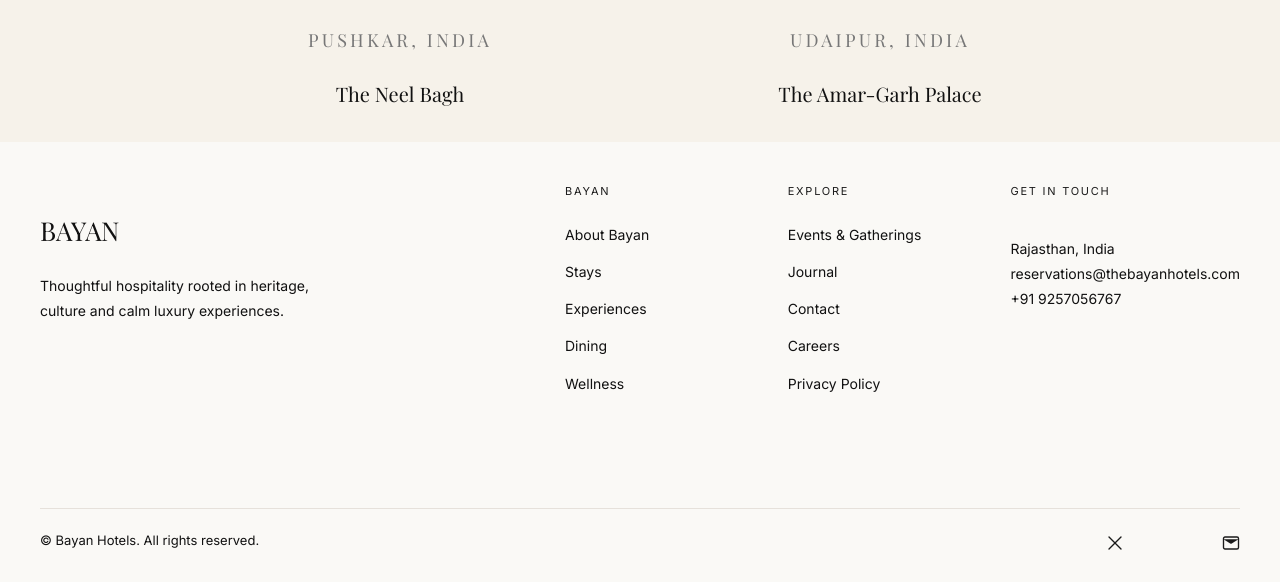
Repository: Arpitpawa/bayan-website
Page: properties/jaibagh-palace.html
An editor plug-in stored every save of this project. The page is shown before and after a run of saves, followed by the edit.
The browser window is 1280 px wide. The pictures show the part of the page from y = 4974 to 5556 px (the page is 5556 px tall).
A picture or video elsewhere on the page could not be fetched, so the positions and the page height are approximate.

Above is the page before, as saved 2026-02-28 11:58:08.
Console error: TypeError: Cannot set properties of null (setting 'onclick')

### properties/jaibagh-palace.html
<!DOCTYPE html>
<html lang="en">
<head>
  <meta charset="UTF-8">
  <title>The Jaibagh Palace, Jaipur | Bayan Group</title>
  <meta name="viewport" content="width=device-width, initial-scale=1.0">

  <!-- Fonts -->
  <link href="https://fonts.googleapis.com/css2?family=Playfair+Display:wght@400;500&family=Inter:wght@300;400&display=swap" rel="stylesheet">
<!-- Favicon -->
<link rel="apple-touch-icon" sizes="180x180" href="../assets/favicon/apple-touch-icon.png">
<link rel="icon" type="image/png" sizes="32x32" href="../assets/favicon/favicon-32x32.png">
<link rel="icon" type="image/png" sizes="16x16" href="../assets/favicon/favicon-16x16.png">
<link rel="shortcut icon" href="../assets/favicon/favicon.ico">
<link rel="manifest" href="../assets/favicon/site.webmanifest">

  <!-- CSS -->
  <link rel="stylesheet" href="../assets/css/hotel-detail.css">
     <link rel="stylesheet" href="../assets/css/style.css" />
   <link rel="stylesheet" href="../assets/css/header.css" />
    <link rel="stylesheet" href="../assets/css/footer.css" />
    <link rel="stylesheet" href="../assets/css/brand-skin.css" />

  <!-- Leaflet -->
<link
  rel="stylesheet"
  href="https://unpkg.com/leaflet@1.9.4/dist/leaflet.css"
/>
<script
  src="https://unpkg.com/leaflet@1.9.4/dist/leaflet.js"
  defer
></script>
<script src="https://unpkg.com/lucide@latest"></script>
</head>

<body class="hotel-page">
<!-- ================= HEADER ================= -->
    <header class="site-header">
      <div class="nav-bar">
        <!-- LEFT -->
        <div class="nav-left">
          <button class="menu-toggle" id="menuToggle">
            <svg viewBox="0 0 24 10">
              <line x1="0" y1="1" x2="24" y2="1"></line>
              <line x1="0" y1="9" x2="24" y2="9"></line>
            </svg>
            <span>Menu</span>
          </button>


        </div>

        <!-- CENTER -->
        <a href="../index.html" class="logo">
  <span class="logo-main">BAYAN</span>
  <span class="logo-sub">GROUP OF HOTELS & RESORTS</span>
</a>

        <!-- RIGHT -->
        <a
  href="https://www.swiftbook.io/inst/#group?groupId=341NlfplxPrIg9W3WZzfdTQ5Njg=&JDRN=Y"
  class="nav-cta"
  target="_blank"
  rel="noopener noreferrer"
>
  <span class="cta-desktop">BOOK NOW</span>
  <span class="cta-mobile">RESERVE</span>
</a>


      </div>
    </header>

<!-- ================= MENU OVERLAY ================= -->
<div class="menu-overlay" id="menuOverlay">
  <button class="menu-close-btn" id="menuCloseBtn" aria-label="Close menu">
    <span></span>
    <span></span>
  </button>

  <div class="menu-container">
    <nav class="menu-nav">
  <a href="../index.html">Home</a>
  <a href="../hotels.html">Stays</a>
  <a href="../experiences.html">Experiences</a>
  <a href="../offers.html">Offers</a>
  <a href="../wellness.html">Wellness</a>
  <a href="../dining.html">Dining</a>
  <a href="../about.html">About Bayan</a>
</nav>


    <div class="menu-destinations">
      <span class="menu-eyebrow">Discover Bayan In</span>
      <a href="#">Jaipur</a>
      <a href="#">Udaipur</a>
      <a href="#">Kumbhalgarh</a>
      <a href="#">Sawai Madhopur</a>
      <span class="coming">Pushkar — Coming Soon</span>
      <span class="coming">Jodhpur — Coming Soon</span>
    </div>
  </div>
</div>

<div class="nav-spacer"></div>

  <!-- PROPERTY SUB NAV -->
<section class="property-subnav">
  <div class="property-subnav-inner">

    <!-- Left: Property Name -->
    <div class="property-breadcrumb">
      THE JAIBAGH PALACE
    </div>

    <!-- Right: Section Links -->
    <nav class="property-links">
      <a href="#overview">Overview</a>
      <a href="#rooms">Accommodation</a>
      <a href="#experiences">Experiences</a>
      <a href="#dining">Dining</a>
      <a href="#wellness">Wellness</a>
      <a href="#getting-here">Getting Here</a>
    </nav>

  </div>
</section>

  <!-- HERO -->
  <section class="hotel-hero">
    <img src="../assets/images/jaibagh/jaibagh-jaipur.webp" alt="The Jaibagh Palace Jaipur">
     <!-- ================= LUXURY BOOKING BAR ================= -->

  </section>

 <section class="hotel-intro-discover">

  <!-- INTRO -->
  <div class="hotel-intro-block">
    <span class="hotel-location">Jaipur, Rajasthan</span>
    <h1>The Jaibagh Palace</h1>

    <p class="hotel-intro-text">
      A heritage palace retreat inspired by Rajputana architecture, set amidst the quiet hills on the outskirts of Jaipur.
      Designed to evoke the grandeur of a bygone era, The Jaibagh Palace offers serene courtyards, refined interiors and an atmosphere of calm sophistication deeply rooted in place and tradition.
    </p>
  </div>

  <!-- DISCOVER HEADER -->
  <div class="discover-header">
    <span class="discover-eyebrow">MAJESTIC EXPERIENCES</span>

    <h2>
      Discover timeless heritage, where every moment
      creates unforgettable memories
    </h2>

    <p>
      From regal dining halls to serene courtyards and immersive
      cultural experiences, every corner tells a story.
    </p>
  </div>

  <!-- SLIDER -->
  <div class="discover-slider">

    <button class="discover-nav prev">&#10094;</button>

    <div class="discover-viewport">
      <div class="discover-track" id="discoverTrack">

        <div class="discover-slide"><img src="../assets/images/jaibagh/g1.webp"><span>Royal Arrival</span></div>
        <div class="discover-slide"><img src="../assets/images/jaibagh/g2.webp"><span>Courtyard Architecture</span></div>
        <div class="discover-slide"><img src="../assets/images/jaibagh/g3.webp"><span>Golden Evenings</span></div>
        <div class="discover-slide"><img src="../assets/images/jaibagh/g4.webp"><span>Historic Detailing</span></div>
        <div class="discover-slide"><img src="../assets/images/jaibagh/g5.webp"><span>Authentic Dining</span></div>
        <div class="discover-slide"><img src="../assets/images/jaibagh/g6.webp"><span>Luxury Suite</span></div>
        <div class="discover-slide"><img src="../assets/images/jaibagh/g7.webp"><span>Royal Experiences</span></div>
        <div class="discover-slide"><img src="../assets/images/jaibagh/g8.webp"><span>Serene Interiors</span></div>
        <div class="discover-slide"><img src="../assets/images/jaibagh/g9.webp"><span>Pool & Leisure</span></div>
        <div class="discover-slide"><img src="../assets/images/jaibagh/g10.webp"><span>Sunset Moments</span></div>
        <div class="discover-slide"><img src="../assets/images/jaibagh/g11.webp"><span>Detail & Craft</span></div>
        <div class="discover-slide"><img src="../assets/images/jaibagh/g12.webp"><span>Timeless Heritage</span></div>

      </div>
    </div>

    <button class="discover-nav next">&#10095;</button>

  </div>

  <!-- PROGRESS LINE -->
  <div class="discover-progress">
    <div class="discover-progress-bar" id="discoverProgress"></div>
  </div>

</section>
  <!-- =========================================
     ROOM CATEGORIES SLIDER – JAIBAGH
========================================= -->
<section id="accommodation" class="rooms-section">

  <div class="rooms-header">
    <span class="section-eyebrow">Rooms & Suites</span>
    <h2>Spaces shaped by quiet elegance</h2>
  </div>

  <!-- Arrows in white space -->
  <button class="room-nav prev" id="roomPrev">‹</button>
  <button class="room-nav next" id="roomNext">›</button>

  <div class="rooms-slider">
    <div class="rooms-track" id="roomsTrack">

      <!-- CLASSIC ROOM -->
      <div class="room-slide">
        <div class="room-image">
          <img src="../assets/images/jaibagh/1.png" alt="Classic Room">
        </div>
        <div class="room-content">
          <h3>Classic Room</h3>
          <p>
            Thoughtfully designed spaces offering comfort and understated elegance,
            inspired by traditional Rajputana architecture.
          </p>
          <ul class="room-meta">
            <li>Garden or Courtyard View</li>
            <li>2 Adults</li>
          </ul>
          <a
  href="https://www.swiftbook.io/inst/#group?groupId=341NlfplxPrIg9W3WZzfdTQ5Njg=&JDRN=Y"
  target="_blank"
  class="room-btn">
  View Details
</a>
        </div>
      </div>

      <!-- HERITAGE ROOM -->
      <div class="room-slide">
        <div class="room-image">
          <img src="../assets/images/jaibagh/7.png" alt="Heritage Room">
        </div>
        <div class="room-content">
          <h3>Heritage Room</h3>
          <p>
            A refined blend of heritage detailing and contemporary comfort,
            overlooking landscaped courtyards.
          </p>
          <ul class="room-meta">
            <li>Courtyard View</li>
            <li>2 Adults</li>
          </ul>
         <a
  href="https://www.swiftbook.io/inst/#group?groupId=341NlfplxPrIg9W3WZzfdTQ5Njg=&JDRN=Y"
  target="_blank"
  class="room-btn">
  View Details
</a>
        </div>
      </div>

      <!-- MAHARANI SUITE -->
      <div class="room-slide">
        <div class="room-image">
          <img src="../assets/images/jaibagh/6.png" alt="Maharani Suite">
        </div>
        <div class="room-content">
          <h3>Maharani Suite</h3>
          <p>
            Spacious suites reflecting royal grandeur with handcrafted interiors
            and serene garden views.
          </p>
          <ul class="room-meta">
            <li>Suite Category</li>
            <li>2–3 Adults</li>
          </ul>

  <a
  href="https://www.swiftbook.io/inst/#group?groupId=341NlfplxPrIg9W3WZzfdTQ5Njg=&JDRN=Y"
  target="_blank"
  class="room-btn">
  View Details
</a>

        </div>
      </div>

      <!-- MAHARAJA SUITE -->
      <div class="room-slide">
        <div class="room-image">
          <img src="../assets/images/jaibagh/5.png" alt="Maharaja Suite">
        </div>
        <div class="room-content">
          <h3>Maharaja Suite</h3>
          <p>
            The most exclusive accommodation offering expansive living areas,
            regal detailing and complete privacy.
          </p>
          <ul class="room-meta">
            <li>Premium Suite</li>
            <li>2–4 Adults</li>
          </ul>

  <a
  href="https://www.swiftbook.io/inst/#group?groupId=341NlfplxPrIg9W3WZzfdTQ5Njg=&JDRN=Y"
  target="_blank"
  class="room-btn">
  View Details
</a>

        </div>
      </div>

    </div>
  </div>
<div class="rooms-progress">
  <div class="rooms-progress-bar" id="roomsProgressBar"></div>
</div>
</section>

  <!-- EDITORIAL GRID -->
  <section id="experiences" class="hotel-editorial">

    <div class="editorial-item">
      <img src="../assets/images/jaibagh/dining.webp" alt="">
      <h3 id="dining">Moments in Dining</h3>
      <p>
        A refined culinary experience inspired by Rajasthani heritage,
        seasonal ingredients, and understated presentation.
      </p>
    </div>

    <div class="editorial-item">
      <img src="../assets/images/jaibagh/g2.webp" alt="">
      <h3>A Gateway to Jaipur</h3>
      <p>
        Explore the cultural heart of Jaipur through curated journeys,
        historic landmarks, and intimate local encounters.
      </p>
    </div>

    <div class="editorial-item" id="wellness">
      <img src="../assets/images/jaibagh/wellness.webp" alt="">
      <h3>Wellbeing & Stillness</h3>
      <p>
        Spaces dedicated to rest and renewal, blending traditional
        wellness practices with modern comfort.
      </p>
    </div>

  </section>
  <!-- CELEBRATIONS & EVENTS -->
<!-- ================= CELEBRATIONS & EVENT SPACES ================= -->
<section class="venue-section">

  <h2 class="venue-heading">Our Elegant Event Spaces</h2>

  <div class="venue-list">

    <!-- FRONT LAWN -->
    <div class="venue-item">

      <div class="venue-row">
        <span class="venue-name">Front Lawn</span>
        <span class="venue-capacity">Up to 1000 Guests</span>
        <button class="venue-toggle">Discover More</button>
      </div>

      <div class="venue-expand">
        <div class="venue-expand-inner">

          <div class="venue-image">
            <img src="../assets/images/jaibagh/frontlawn.JPG" alt="Front Lawn">
          </div>

          <div class="venue-content">
            <h3>Front Lawn</h3>
            <p>
              A sprawling 20,000 sq.ft landscaped lawn ideal for grand weddings,
              receptions and large-scale celebrations in regal surroundings.
            </p>
            <a href="https://www.swiftbook.io/inst/#group?groupId=341NlfplxPrIg9W3WZzfdTQ5Njg=&JDRN=Y"
               class="venue-btn" target="_blank">Make an Enquiry</a>
          </div>

        </div>
      </div>

    </div>

    <!-- CENTRAL COURTYARD -->
    <div class="venue-item">

      <div class="venue-row">
        <span class="venue-name">Central Courtyard</span>
        <span class="venue-capacity">100 – 150 Guests</span>
        <button class="venue-toggle">Discover More</button>
      </div>

      <div class="venue-expand">
        <div class="venue-expand-inner">

          <div class="venue-image">
            <img src="../assets/images/jaibagh/centralcourtyard.png" alt="Central Courtyard">
          </div>

          <div class="venue-content">
            <h3>Central Courtyard</h3>
            <p>
              An intimate 2,500 sq.ft courtyard space perfect for curated
              celebrations, private gatherings and elegant evening events.
            </p>
            <a href="https://www.swiftbook.io/inst/#group?groupId=341NlfplxPrIg9W3WZzfdTQ5Njg=&JDRN=Y"
               class="venue-btn" target="_blank">Make an Enquiry</a>
          </div>

        </div>
      </div>

    </div>

    <!-- CONFERENCE ROOM -->
    <div class="venue-item">

      <div class="venue-row">
        <span class="venue-name">Conference Room</span>
        <span class="venue-capacity">Up to 250 Guests</span>
        <button class="venue-toggle">Discover More</button>
      </div>

      <div class="venue-expand">
        <div class="venue-expand-inner">

          <div class="venue-image">
            <img src="../assets/images/jaibagh/g12.webp" alt="Conference Room">
          </div>

          <div class="venue-content">
            <h3>Conference Room</h3>
            <p>
              A 5,000 sq.ft indoor venue suited for corporate meetings,
              conferences and formal gatherings with flexible seating layouts.
            </p>
            <a href="https://www.swiftbook.io/inst/#group?groupId=341NlfplxPrIg9W3WZzfdTQ5Njg=&JDRN=Y"
               class="venue-btn" target="_blank">Make an Enquiry</a>
          </div>

        </div>
      </div>

    </div>

    <!-- BACK LAWN -->
    <div class="venue-item">

      <div class="venue-row">
        <span class="venue-name">Back Lawn</span>
        <span class="venue-capacity">Up to 1000 Guests</span>
        <button class="venue-toggle">Discover More</button>
      </div>

      <div class="venue-expand">
        <div class="venue-expand-inner">

          <div class="venue-image">
            <img src="../assets/images/jaibagh/DJI_0730.JPG" alt="Back Lawn">
          </div>

          <div class="venue-content">
            <h3>Back Lawn</h3>
            <p>
              A magnificent 25,000 sq.ft open lawn designed for destination
              weddings, large receptions and bespoke celebrations.
            </p>
            <a href="https://www.swiftbook.io/inst/#group?groupId=341NlfplxPrIg9W3WZzfdTQ5Njg=&JDRN=Y"
               class="venue-btn" target="_blank">Make an Enquiry</a>
          </div>

        </div>
      </div>

    </div>

  </div>

</section>
  <!-- GETTING HERE -->
  <section id="getting-here" class="hotel-location-info">
    <h2>Getting here</h2>
    <p>
      The Jaibagh Palace is located approximately 45 minutes from
      Jaipur International Airport, offering a tranquil retreat
      within easy reach of the city.
    </p>

   <div class="aman-map-wrapper">
  <div id="amanMap"
     data-lat="26.9855"
     data-lng="75.8546"
     data-label="The Jaibagh Palace">
</div>

  <div class="aman-map-info">
    <div>
      <strong>Address</strong><br>
      Jaibagh Palace, Jaipur<br>
      Rajasthan, India
    </div>

    <div>
      <strong>Airports</strong><br>
      Jaipur International Airport (45 mins)
    </div>

    <div>
      <strong>By car</strong><br>
      45 minutes from Jaipur city
    </div>
    <a
      href="https://www.google.com/maps?q=Jaibagh+Palace+Jaipur"
      target="_blank"
      class="aman-directions"
    >
      Get directions
    </a>
  </div>
</div>
  </section>

  <!-- NEARBY RESORTS -->
<!-- NEARBY RESORTS -->
<section class="aman-nearby-resorts">

  <h2 class="aman-nearby-title">Book Your Next Stay </h2>

  <div class="nearby-viewport">
    <div class="nearby-track">

      <a class="nearby-item" href="">
        <img src="../assets/images/neelbagh.png" alt="">
        <span class="resort-location">PUSHKAR, INDIA</span>
        <h3 class="resort-name">The Neel Bagh </h3>
      </a>

      <a class="nearby-item" href="the-amargarh-palace.html">
        <img src="../assets/images/amargarh-udaipur.webp" alt="">
        <span class="resort-location">Udaipur, INDIA</span>
        <h3 class="resort-name">The Amar-Garh Palace</h3>
      </a>

    </div>
  </div>

</section>
<footer class="bayan-footer">

  <div class="footer-inner">

    <!-- BRAND -->
    <div class="footer-brand">
      <h3>BAYAN</h3>
      <p>
        Thoughtful hospitality rooted in heritage,
        culture and calm luxury experiences.
      </p>
    </div>

    <!-- FOOTER LINKS -->
    <div class="footer-links">

      <div class="footer-col">
        <span class="footer-title">Bayan</span>
        <a href="../about.html">About Bayan</a>
        <a href="../hotels.html">Stays</a>
        <a href="../experiences.html">Experiences</a>
        <a href="../dining.html">Dining</a>
        <a href="../wellness.html">Wellness</a>
      </div>

      <div class="footer-col">
        <span class="footer-title">Explore</span>
        <a href="../events-meetings.html">Events & Gatherings</a>
        <a href="../journal.html">Journal</a>
        <a href="../contact.html">Contact</a>
        <a href="#">Careers</a>
        <a href="#">Privacy Policy</a>
      </div>

      <div class="footer-col">
        <span class="footer-title">Get in Touch</span>
        <p>
          Rajasthan, India<br>
          reservations@thebayanhotels.com<br>
          +91 9257056767
        </p>
      </div>

    </div>

  </div>

  <!-- FOOTER BOTTOM -->
  <div class="footer-bottom">
    <span>© Bayan Hotels. All rights reserved.</span>

    <div class="footer-social">

  <!-- Instagram -->
  <a href="https://www.instagram.com/thejaibaghpalace_jaipur/" target="_blank" aria-label="Instagram">
    <i data-lucide="instagram"></i>
  </a>

  <!-- Facebook -->
  <a href="https://www.facebook.com/TheBayanGroupofHotelsandResorts/" target="_blank" aria-label="Facebook">
    <i data-lucide="facebook"></i>
  </a>

  <!-- Twitter / X -->
  <a href="https://x.com/BayanHotels" target="_blank" aria-label="X">
  <svg viewBox="0 0 24 24" width="22" height="22" stroke="#1a1a1a" fill="none" stroke-width="2" stroke-linecap="round">
    <line x1="4" y1="4" x2="20" y2="20"></line>
    <line x1="20" y1="4" x2="4" y2="20"></line>
  </svg>
</a>


  <!-- LinkedIn -->
  <a href="https://www.linkedin.com/company/thebayangroup/" target="_blank" aria-label="LinkedIn">
    <i data-lucide="linkedin"></i>
  </a>

  <!-- Email -->
  <a href="mailto:crs@thebayanhotels.com" aria-label="Email">
    <i data-lucide="mail"></i>
  </a>

</div>



</footer>
<a
  href="https://www.swiftbook.io/inst/#group?groupId=341NlfplxPrIg9W3WZzfdTQ5Njg=&JDRN=Y"
  class="floating-book"
  id="floatingBook"
  target="_blank"
  rel="noopener noreferrer"
>
  BOOK NOW
</a>

  <!-- SUB NAV SCROLL SCRIPT (DESKTOP ONLY) -->
   <script src="../assets/js/main.js"></script>
  <script src="../assets/js/subnav-scroll.js"></script>
<script src="../assets/js/innerpages-gallery.js"></script>
<script src="../assets/js/map.js"></script>
<script src="../assets/js/nearby-resorts.js"></script>
<script src="../assets/js/nearby-slider.js"></script>
<script src="../assets/js/roomscategories.js"></script>
<script>
  const menuOverlay = document.getElementById("menuOverlay");
  const menuToggle = document.getElementById("menuToggle");
  const menuClose = document.getElementById("menuCloseBtn");

  if (menuToggle && menuOverlay) {
    menuToggle.addEventListener("click", () => {
      menuOverlay.classList.add("active");
      document.body.classList.add("menu-open");
    });
  }

  if (menuClose) {
    menuClose.addEventListener("click", closeMenu);
  }

  document.addEventListener("keydown", (e) => {
    if (e.key === "Escape") closeMenu();
  });

  menuOverlay?.addEventListener("click", (e) => {
    if (e.target === menuOverlay) closeMenu();
  });

  function closeMenu() {
    menuOverlay.classList.remove("active");
    document.body.classList.remove("menu-open");
  }

  /* ACTIVE NAV LINK */
  document.querySelectorAll(".menu-nav a").forEach((link) => {
    if (window.location.href.includes(link.getAttribute("href"))) {
      link.classList.add("active");
    }
  });
</script>

</body>
</html>

### assets/css/brand-skin.css
/* ======================================
   BAYAN HOME PAGE SKIN
   Based on Property Page Palette
   SAFE OVERRIDE – BACKGROUNDS FIRST
====================================== */

/* ===== GLOBAL CANVAS ===== */
html,
body {
  background-color: #F6F2EA !important;
}

/* ===== ALL MAIN HOME SECTIONS ===== */
.intro-info,
.legacy-section,
.stays,
.our-stays,
.raas-stays,
.moments-wrapper,
.instagram-section {
  background-color: #F6F2EA !important;
}

/* ===== SOFT VARIATION (VERY SUBTLE) ===== */
.hotel-subnav,
.aman-gallery-wrap,
.aman-gallery-section {
  background-color: #F6F1E9 !important;
}

/* ===== PAPER-LIKE FLOATING AREAS ===== */
.center-card,
.map-box,
.editorial-card {
  background-color: #F4F1EB !important;
}

/* ===== CINEMATIC SECTIONS ===== */
.featured-slider,
.destination-parallax {
  background-color: #1C1C1C !important;
}

/* ===== OVERLAYS ===== */
.hero-overlay,
.destination-overlay {
  background: rgba(0,0,0,0.45) !important;
}
.booking-field {
  cursor: pointer;
}

.booking-field span {
  font-family: "Libre Baskerville", serif;
  font-size: 15px;
  letter-spacing: 0.2px;
  color: #2b2b2b;
}

/* subtle hover like Six Senses */
.booking-field:hover {
  background: rgba(0,0,0,0.03);
}

/* remove browser focus junk */
.booking-field:focus,
.booking-field *:focus {
  outline: none;
}

Loaded but not shown: assets/css/style.css (library); assets/js/main.js (551 lines, source omitted); assets/js/innerpages-gallery.js (287 lines, source omitted); assets/js/roomscategories.js (119 lines, source omitted); assets/js/nearby-slider.js (63 lines, source omitted); assets/js/map.js (66 lines, source omitted); assets/js/nearby-resorts.js (32 lines, source omitted); assets/js/subnav-scroll.js (28 lines, source omitted); assets/css/hotel-detail.css (2612 lines, source omitted); assets/css/header.css (955 lines, source omitted); assets/css/footer.css (243 lines, source omitted)

After the next 2 saves:
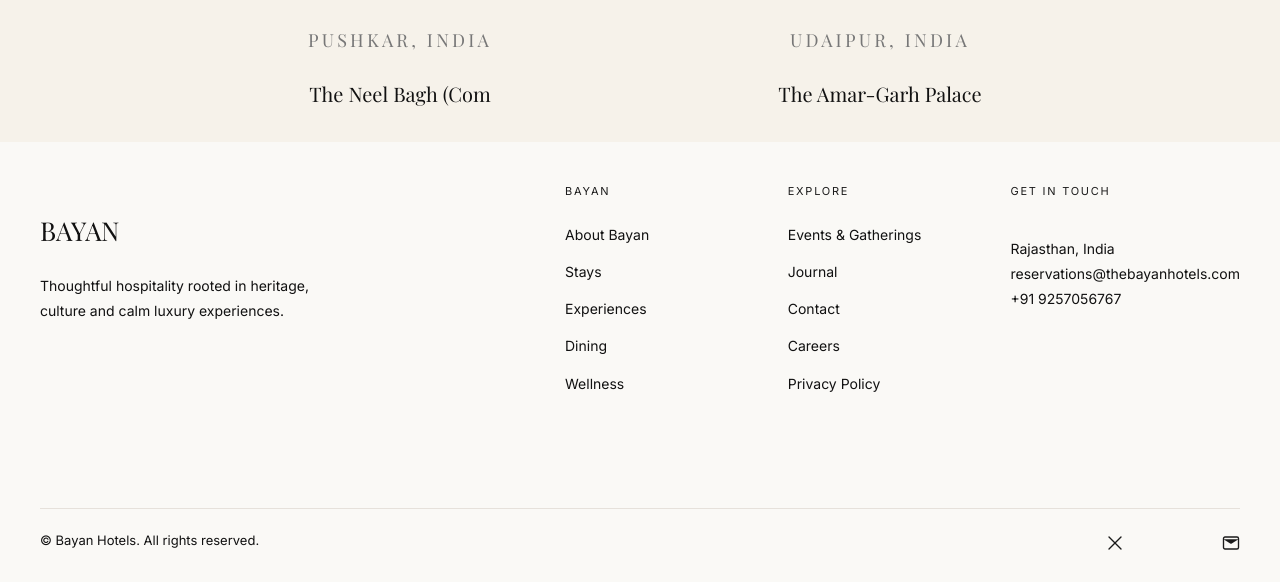
The 2 saves are shown as one change because they came seconds apart.
The last was saved 9 s later.
--- a/properties/jaibagh-palace.html
+++ b/properties/jaibagh-palace.html
@@ -540,7 +540,7 @@
       <a class="nearby-item" href="">
         <img src="../assets/images/neelbagh.png" alt="">
         <span class="resort-location">PUSHKAR, INDIA</span>
-        <h3 class="resort-name">The Neel Bagh </h3>
+        <h3 class="resort-name">The Neel Bagh (Com</h3>
       </a>
 
       <a class="nearby-item" href="the-amargarh-palace.html">
